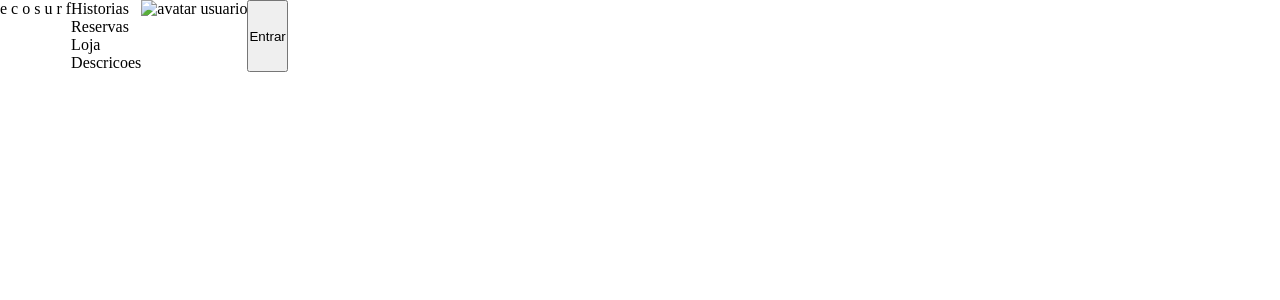
Repository: jorgprado/html-css-js
Page: blog-ecosurf/index.html
An editor plug-in stored every save of this project. The page is shown before and after the next save, followed by the edit.
The browser window is 1280 px wide. The pictures show the whole page.

Above is the page before, as saved 2023-05-15 21:20:12.

After the next save:
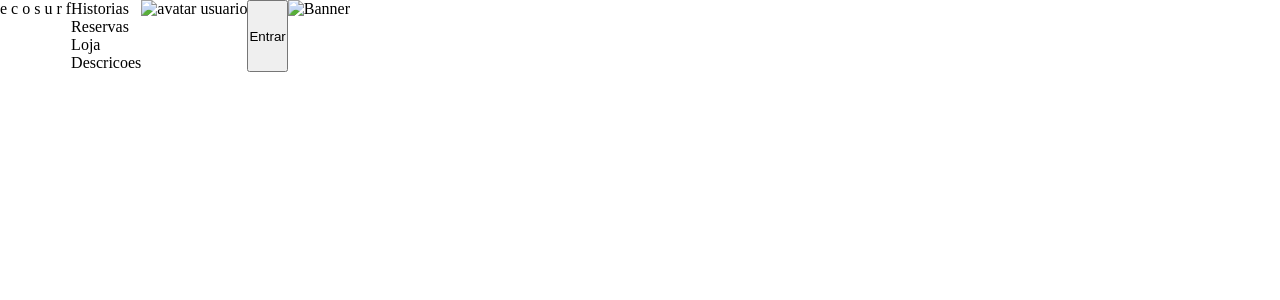
Saved 6 s later.
--- a/blog-ecosurf/index.html
+++ b/blog-ecosurf/index.html
@@ -26,9 +26,10 @@
             </menu>
             <img src="#" alt="avatar usuario">
             <button>Entrar</button>
-
+            <div class="banner">
+                <img src="" alt="Banner">
+            </div>
         </header>
-
 
 
     </main>
